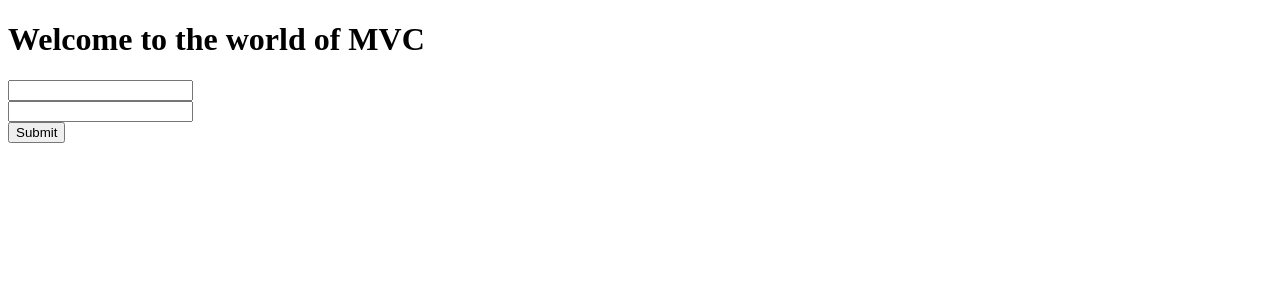
Repository: aaikinsm/FDM-Programs
Page: http://localhost/SpringMVCExample/home
The author's editor kept a copy of each file at every save. The page is drawn from the files as they stood at one save, then again after the next save.
The browser window is 1280 px wide. The pictures show the whole page.
The page is served by Tomcat 9. Other server files are loaded and not shown.

Above is the page before, as saved 2017-06-01 15:55:12.

### SpringMVCExample/WebContent/WEB-INF/views/welcome.jsp
<%@ page language="java" contentType="text/html; charset=ISO-8859-1"
    pageEncoding="ISO-8859-1"%>
<!DOCTYPE html PUBLIC "-//W3C//DTD HTML 4.01 Transitional//EN" "http://www.w3.org/TR/html4/loose.dtd">
<html>
<head>
<meta http-equiv="Content-Type" content="text/html; charset=ISO-8859-1">
<title>Welcome</title>
</head>
<body>
	<h1>Welcome ${user.firstname} to the world of MVC</h1>
	<form action="calculate" method="get">
	<input type="text" name="num1"><br/>
	<input type="text" name="num2"><br/>
	<input type="submit">
	</form>
</body>
</html>

After the next save:
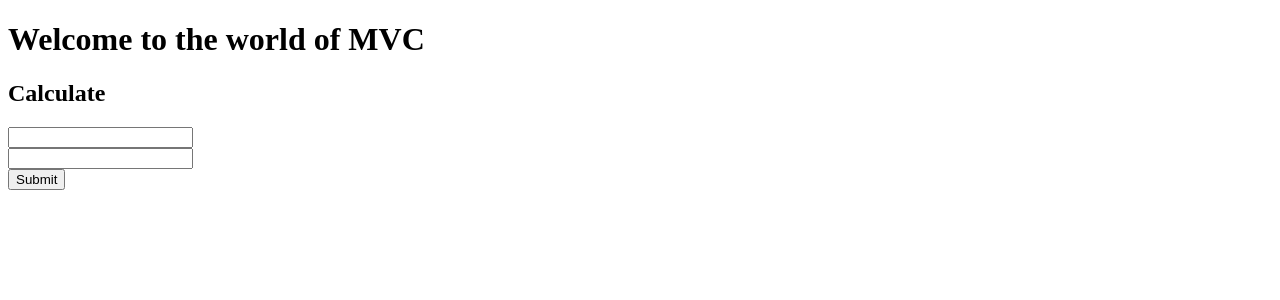
Saved 3 min 51 s later.
--- a/SpringMVCExample/WebContent/WEB-INF/views/welcome.jsp
+++ b/SpringMVCExample/WebContent/WEB-INF/views/welcome.jsp
@@ -7,7 +7,8 @@
 <title>Welcome</title>
 </head>
 <body>
-	<h1>Welcome ${user.firstname} to the world of MVC</h1>
+	<h1>Welcome ${user.firstname} ${user.lastname} to the world of MVC</h1>
+	<h2>Calculate</h2>
 	<form action="calculate" method="get">
 	<input type="text" name="num1"><br/>
 	<input type="text" name="num2"><br/>
